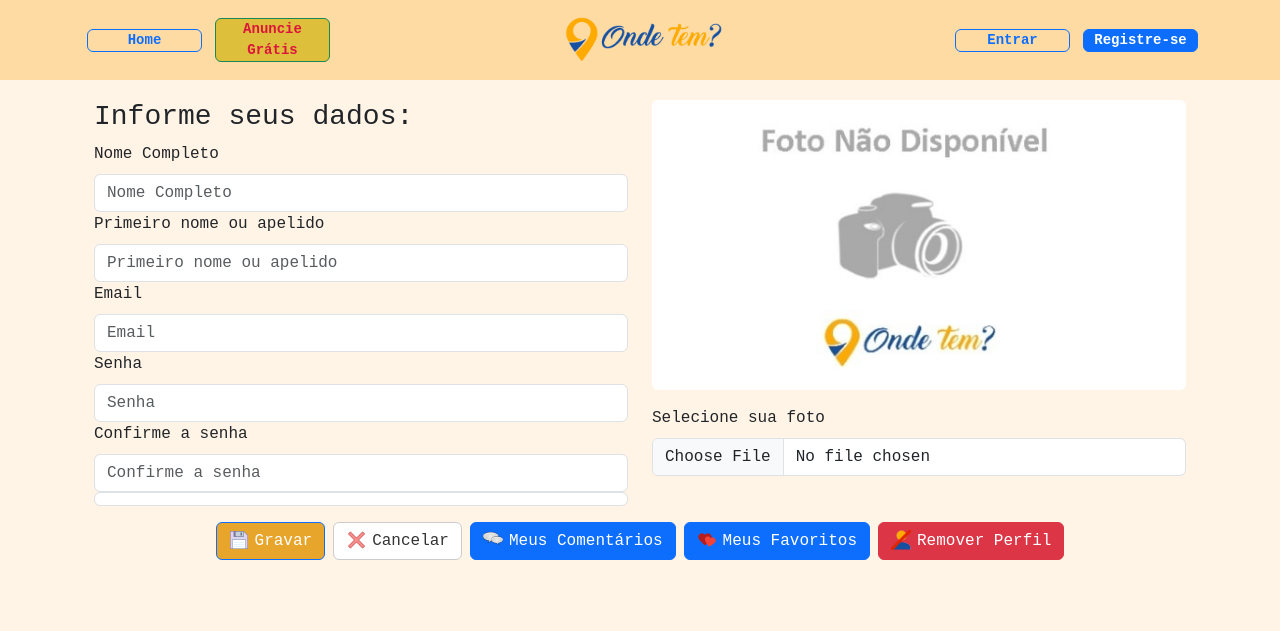
Repository: pepetata/ondetem
Page: /signup (app in frontend/)
These files come from the project's save history. The page is drawn as it stood at one moment and after the next save; the edit follows.
The browser window is 1280 px wide. The pictures show the whole page.
The project was rebuilt for these pictures with package versions that can differ from the ones it lists, and the page was loaded fresh each time. Also part of the build but not shown: frontend/vite.config.js.

Above is the page before, as saved 2025-06-14 06:22:29.

### frontend/src/main.jsx
import ReactDOM from "react-dom/client";
import { BrowserRouter as Router } from "react-router-dom";
import { Provider } from "react-redux";
// import store from "./reducers/store";
import App from "./App";
import "bootstrap/dist/css/bootstrap.min.css";
// import "./App.css";

ReactDOM.createRoot(document.getElementById("root")).render(
  // <Provider store={store}>
  // <Provider>
  <Router>
    <App />
  </Router>
  // </Provider>
);

### frontend/src/App.jsx
import { useState } from "react";
import { Routes, Route } from "react-router-dom";
import "./css/App.scss";
import Menu from "./components/Menu";
import UserForm from "./components/UserForm";
import Home from "./components/Home";

const App = () => {
  const [showUserForm, setShowUserForm] = useState(false);

  // Adjust this value to match your navbar height
  const navbarHeight = 100;

  return (
    <>
      <Menu
        onSignup={() => setShowUserForm(true)}
        setShowUserForm={setShowUserForm}
        showUserForm={showUserForm}
      />
      <div className="main-content" style={{ marginTop: navbarHeight }}>
        {/* {showUserForm && <UserForm onCancel={() => setShowUserForm(false)} />} */}
        <Routes>
          <Route path="/" element={<Home />} />
          <Route
            path="/signup"
            element={
              <div className="container">
                <UserForm
                  onCancel={() => setShowUserForm(false)}
                  setShowUserForm={setShowUserForm}
                />
                <Home />
              </div>
            }
          />
        </Routes>
      </div>
    </>
  );
};

export default App;

### frontend/src/css/App.scss
@use "./_variables.scss" as *;

body {
  background: $bg-color !important;
  font-family: $body-font !important;
}

### frontend/src/components/Menu.jsx
import { Navbar, Nav, Button, Container } from "react-bootstrap";
import { Link, useNavigate } from "react-router-dom";
import "../css/Menu.scss";
import PropTypes from "prop-types";

const Menu = ({ setShowUserForm, showUserForm }) => {
  const navigate = useNavigate();

  const handleSignup = () => {
    setShowUserForm(true);
    navigate("/signup");
  };

  console.log(`showUserForm`, showUserForm);

  return (
    <Navbar
      expand="lg"
      fixed="top"
      className="py-2 navbar-bg-logo"
      // style={{ top: 64 }}
    >
      <Container className="navbar-content">
        {/* Left side buttons */}
        <Nav className="align-items-center d-none d-lg-flex">
          <Button
            as={Link}
            to="/"
            variant="outline-primary"
            className="me-2 menu-btn"
            onClick={() => setShowUserForm(false)}
          >
            Home
          </Button>
          <Button
            variant="outline-success"
            className="me-2 menu-btn bt-add-ad"
            // onClick={onNewAd}
          >
            Anuncie Grátis
          </Button>
        </Nav>

        {/* Logo */}
        <div className="navbar-center">
          <Link to="/" className="d-flex align-items-center">
            <img
              src="/images/logo.png"
              alt="Onde tem?"
              className="logo-img"
              height="48"
            />
          </Link>
        </div>
        <Navbar.Toggle
          aria-controls="main-navbar-nav"
          className="ms-2 d-lg-none navbar-toggle-custom"
        />

        {/* Right side buttons */}
        {!showUserForm && (
          <Nav className="align-items-center d-none d-lg-flex">
            <Button
              variant="outline-primary"
              className="me-2 menu-btn"
              // onClick={onLogin}
            >
              Entrar
            </Button>
            <Button
              variant="primary"
              onClick={handleSignup}
              className="menu-btn"
            >
              Registre-se
            </Button>
          </Nav>
        )}

        {/* Collapsible content for mobile */}
        <Navbar.Collapse id="main-navbar-nav" className="d-lg-none">
          <Nav className="flex-column align-items-center w-100">
            <Button
              as={Link}
              to="/"
              variant="outline-primary"
              className="my-2 menu-btn"
            >
              Home
            </Button>
            <Button
              variant="outline-success"
              className="my-2 menu-btn bt-add-ad"
              // onClick={onNewAd}
            >
              Anuncie Grátis
            </Button>
            <Button
              variant="outline-primary"
              className="my-2 menu-btn"
              // onClick={onLogin}
            >
              Entrar
            </Button>
            <Button
              variant="primary"
              onClick={handleSignup}
              className="my-2 menu-btn"
            >
              Registre-se
            </Button>
          </Nav>
        </Navbar.Collapse>
      </Container>
    </Navbar>
  );
};
Menu.propTypes = {
  showUserForm: PropTypes.any,
  setShowUserForm: PropTypes.any,
};

export default Menu;

### frontend/src/components/UserForm.jsx
import { Formik, Form as FormikForm, Field } from "formik";
import { Form, Row, Col, Image } from "react-bootstrap";
import { useNavigate } from "react-router-dom";
import { userFormFields } from "../formFields/userFormFields";
import OTButton from "./OTButton";
import FormInput from "./FormInput";
import { buildValidationSchema } from "./validationHelper";
import PropTypes from "prop-types";

const defaultImg = "/images/nophoto.jpg";

// Build initialValues from userFormFields
const initialValues = Object.fromEntries(
  Object.values(userFormFields).map((f) => [
    f.name,
    f.type === "checkbox" ? false : "",
  ])
);

// Helper to build Yup schema from userFormFields

const validationSchema = buildValidationSchema(userFormFields);

const UserForm = ({ onCancel, setShowUserForm }) => {
  const navigate = useNavigate();

  const handleCancel = () => {
    console.log(`canceling`);
    if (setShowUserForm) setShowUserForm(false);
    navigate("/");
  };

  const handleSubmit = (values, { setSubmitting }) => {
    console.log(`Submitting form with values:`, values);
    setSubmitting(false);
  };

  return (
    <div className="container">
      <Formik
        initialValues={initialValues}
        validationSchema={validationSchema}
        validateOnBlur={false}
        validateOnChange={false}
        onSubmit={handleSubmit}
      >
        {({
          setTouched,
          setFieldValue,
          values,
          handleSubmit,
          errors,
          touched,
        }) => {
          return (
            <FormikForm id="signup" onSubmit={handleSubmit}>
              <Row className="userData">
                <Col md={6}>
                  <h3>Informe seus dados:</h3>
                  {Object.values(userFormFields).map((field) => (
                    <Field name={field.name} key={field.name}>
                      {({ field: formikField, form }) => (
                        <FormInput
                          field={formikField}
                          form={form}
                          label={field.label}
                          type={field.type}
                          placeholder={field.placeholder}
                          maxLength={field.maxLength}
                          required={field.required}
                        />
                      )}
                    </Field>
                  ))}
                  {/* <Form.Group>
                    <Field
                      name="useragreement"
                      type="checkbox"
                      as={Form.Check}
                      label={
                        <>
                          Li e concordo com os termos do{" "}
                          <a
                            href="#"
                            onClick={() =>
                              window.$("#agreementModal").modal("show")
                            }
                          >
                            Acordo de Usuários
                          </a>
                        </>
                      }
                    />
                  </Form.Group> */}
                </Col>
                <Col md={6}>
                  <div id="image_preview">
                    <Image id="previewing" src={defaultImg} rounded fluid />
                  </div>
                  <div id="selectImage" className="mt-3">
                    <Form.Label>Selecione sua foto</Form.Label>
                    <Form.Control
                      type="file"
                      name="photo"
                      accept="image/*"
                      onChange={(e) =>
                        setFieldValue("photo", e.target.files[0])
                      }
                    />
                  </div>
                </Col>
              </Row>
              <div className="d-flex flex-wrap gap-2 mt-3 justify-content-center">
                <OTButton
                  type="submit"
                  className="savebutton"
                  imgSrc="/images/save.png"
                  imgAlt="Gravar"
                >
                  Gravar
                </OTButton>
                <OTButton
                  className="cancelbutton"
                  imgSrc="/images/cancel.png"
                  imgAlt="Cancelar"
                  onClick={handleCancel}
                >
                  Cancelar
                </OTButton>
                <OTButton
                  imgSrc="/images/comments.png"
                  imgAlt="Meus Comentários"
                >
                  Meus Comentários
                </OTButton>
                <OTButton
                  imgSrc="/images/twohearts.png"
                  imgAlt="Meus Favoritos"
                >
                  Meus Favoritos
                </OTButton>
                <OTButton
                  className="btn-danger"
                  imgSrc="/images/userRemove.png"
                  imgAlt="Remover Perfil"
                >
                  Remover Perfil
                </OTButton>
              </div>
            </FormikForm>
          );
        }}
      </Formik>
    </div>
  );
};
UserForm.propTypes = {
  onCancel: PropTypes.func,
  setShowUserForm: PropTypes.func,
};

export default UserForm;

### frontend/src/components/Home.jsx
const Home = () => {
  <div></div>;
};
export default Home;

### frontend/src/css/_variables.scss
$bg-color: #fff4e5;
$logoO: #ffaa00;
$logoB: #1650a1;
$textLabel: #0896ff;
$header-color: #ffd699;
$footer-color: #ffd699;
$body-font: "Inconsolata", monospace;

### frontend/src/css/Menu.scss
@use "./_variables.scss" as *;

.logo-bar {
  background: $header-color !important;
  width: 100%;
  display: flex;
  justify-content: center;
  align-items: center;
  background: #fff;
  z-index: 1051;
  position: fixed;
  top: 0;
  left: 0;
  height: 64px;
  // border-bottom: 1px solid #eee;
}

// .navbar {
//   background: $header-color !important;
// }
.navbar-bg-logo {
  background: rgba(255, 214, 153, 0.85) !important;
  min-height: 80px;
  padding-top: 12px;
  padding-bottom: 12px;
}

.navbar-content {
  display: flex;
  align-items: center;
  justify-content: space-between;
  width: 100%;
}

.navbar-center {
  flex: 1 1 0;
  display: flex;
  align-items: center;
  justify-content: center;
  min-width: 0;
  margin: 0;
}

.logo-img {
  max-height: 48px;
}

.logo-img {
  max-height: 48px;
}

.menu-btn {
  width: 115px; //!important;
  // height: 24px !important;
  padding: 0 !important;
  font-size: 14px !important;
  display: flex !important;
  align-items: center !important;
  justify-content: center !important;
  margin-bottom: 5px !important;
  margin-left: 5px !important;
  margin-top: 5px !important;
  // padding-top: 8px !important;
  // padding-bottom: 8px !important;
  // padding-left: 15px !important;
  font-weight: bold !important;
}

.bt-add-ad {
  background-color: #ddbf3c !important;
  color: crimson !important;
}

@media (max-width: 991.98px) {
  .navbar-toggle-custom {
    position: absolute;
    right: 24px;
    top: 50%;
    transform: translateY(-50%);
    z-index: 1052; // above the menu
  }
  .navbar-center {
    position: relative;
    width: 100%;
    justify-content: flex-start;
  }
}

@media (min-width: 992px) {
  .navbar .navbar-collapse.d-lg-none {
    display: none !important;
  }
}

@media (max-width: 991.98px) {
  .logo-img {
    max-height: 36px;
  }
}

### frontend/src/formfields/userFormFields.js
export const userFormFields = {
  fullName: {
    label: "Nome Completo",
    type: "text",
    name: "fullName",
    maxLength: 100,
    minLength: 3,
    required: true,
    placeholder: "Nome Completo",
    requiredError: "Obrigatório",
  },
  nickname: {
    label: "Primeiro nome ou apelido",
    type: "text",
    name: "nickname",
    required: true,
    placeholder: "Primeiro nome ou apelido",
    requiredError: "Obrigatório",
  },

  email: {
    label: "Email",
    type: "email",
    name: "email",
    required: true,
    placeholder: "Email",
    requiredError: "Obrigatório",
    emailError: "Email inválido",
  },
  password: {
    label: "Senha",
    type: "password",
    name: "password",
    required: true,
    placeholder: "Senha",
  },
  confirmpassword: {
    label: "Confirme a senha",
    type: "password",
    name: "confirmpassword",
    required: true,
    placeholder: "Confirme a senha",
    requiredError: "Obrigatório",
    passwordError: "Senhas não coincidem",
  },
  useragreement: {
    label: "",
    type: "checkbox",
    name: "useragreement",
    required: true,
    requiredError: "Obrigatório",
  },
};

### frontend/src/components/OTButton.jsx
import { Button } from "react-bootstrap";
import PropTypes from "prop-types";
import "../css/OTButton.scss";

const OTButton = ({
  variant,
  className,
  onClick,
  imgSrc,
  imgAlt,
  type,
  children,
}) => (
  <Button
    variant={variant}
    className={`otbutton ${className || ""}`}
    onClick={onClick}
    type={type || "button"}
  >
    {imgSrc && (
      <img
        src={imgSrc}
        alt={imgAlt || ""}
        style={{
          height: 20,
          width: 20,
          marginRight: 6,
          verticalAlign: "middle",
        }}
      />
    )}
    {children}
  </Button>
);

OTButton.propTypes = {
  variant: PropTypes.string,
  className: PropTypes.string,
  onClick: PropTypes.func,
  imgSrc: PropTypes.string,
  imgAlt: PropTypes.string,
  children: PropTypes.node,
};

export default OTButton;

### frontend/src/components/FormInput.jsx
import PropTypes from "prop-types";
import { Form } from "react-bootstrap";

const FormInput = ({
  field,
  form,
  label,
  type,
  placeholder,
  maxLength,
  required,
}) => {
  const { name, value, onChange, onBlur } = field;
  const { touched, errors } = form;
  const metaError = touched[name] && errors[name];

  return (
    <Form.Group>
      {label && <Form.Label>{label}</Form.Label>}
      <Form.Control
        name={name}
        value={value}
        onChange={onChange}
        onBlur={onBlur}
        type={type}
        placeholder={placeholder}
        maxLength={maxLength}
        // required={required} // -> leave it to YUP
        isInvalid={!!metaError}
      />
      <Form.Control.Feedback type="invalid">{metaError}</Form.Control.Feedback>
    </Form.Group>
  );
};

FormInput.propTypes = {
  field: PropTypes.object.isRequired,
  form: PropTypes.object.isRequired,
  label: PropTypes.string,
  type: PropTypes.string,
  placeholder: PropTypes.string,
  maxLength: PropTypes.number,
  required: PropTypes.bool,
};

export default FormInput;

### frontend/src/components/validationHelper.js
import * as Yup from "yup";

export const buildValidationSchema = (fields) => {
  const shape = {};

  Object.values(fields).forEach((field) => {
    let validator;

    if (field.type === "checkbox") {
      validator = Yup.boolean();
      if (field.required) {
        validator = validator.oneOf(
          [true],
          field.requiredError || "Obrigatório"
        );
      }
    } else if (field.type === "email") {
      validator = Yup.string().email(field.emailError || "Email inválido");
      if (field.required) {
        validator = validator.required(field.requiredError || "Obrigatório");
      }
    } else {
      validator = Yup.string();
      if (field.required) {
        validator = validator.required(field.requiredError || "Obrigatório");
      }
      if (field.name === "confirmpassword") {
        validator = validator.oneOf(
          [Yup.ref("password"), null],
          field.passwordError || "Senhas não coincidem"
        );
      }
    }

    shape[field.name] = validator;
  });

  return Yup.object().shape(shape);
};

### frontend/src/css/OTButton.scss
.otbutton {
  img {
    height: 20px;
    width: 20px;
  }
  font-size: 14px;
  padding: 3px;
}

.savebutton {
  /* font-weight: bold; */
  background-color: #e8a52b !important;
}

.cancelbutton {
  background-color: #fff !important;
  color: #333 !important;
  border: 1px solid #ccc !important;
}

### frontend/src/formFields/userFormFields.jsx
export const userFormFields = {
  fullName: {
    label: "Nome Completo",
    type: "text",
    name: "fullName",
    maxLength: 100,
    required: true,
    placeholder: "Nome Completo",
    requiredError: "Obrigatório",
  },
  nickname: {
    label: "Primeiro nome ou apelido",
    type: "text",
    name: "nickname",
    required: true,
    placeholder: "Primeiro nome ou apelido",
    requiredError: "Obrigatório",
  },

  email: {
    label: "Email",
    type: "email",
    name: "email",
    required: true,
    placeholder: "Email",
    requiredError: "Obrigatório",
    emailError: "Email inválido",
  },
  password: {
    label: "Senha",
    type: "password",
    name: "password",
    required: true,
    placeholder: "Senha",
  },
  confirmpassword: {
    label: "Confirme a senha",
    type: "password",
    name: "confirmpassword",
    required: true,
    placeholder: "Confirme a senha",
    requiredError: "Obrigatório",
    passwordError: "Senhas não coincidem",
  },
  useragreement: {
    label: (
      <>
        Li e concordo com os termos do{" "}
        <a href="#" onClick={() => window.$("#agreementModal").modal("show")}>
          Acordo de Usuários
        </a>
      </>
    ),
    type: "checkbox",
    name: "useragreement",
    required: true,
    requiredError: "Obrigatório",
  },
};

Loaded but not shown: frontend/index.html (common file)

After the next save:
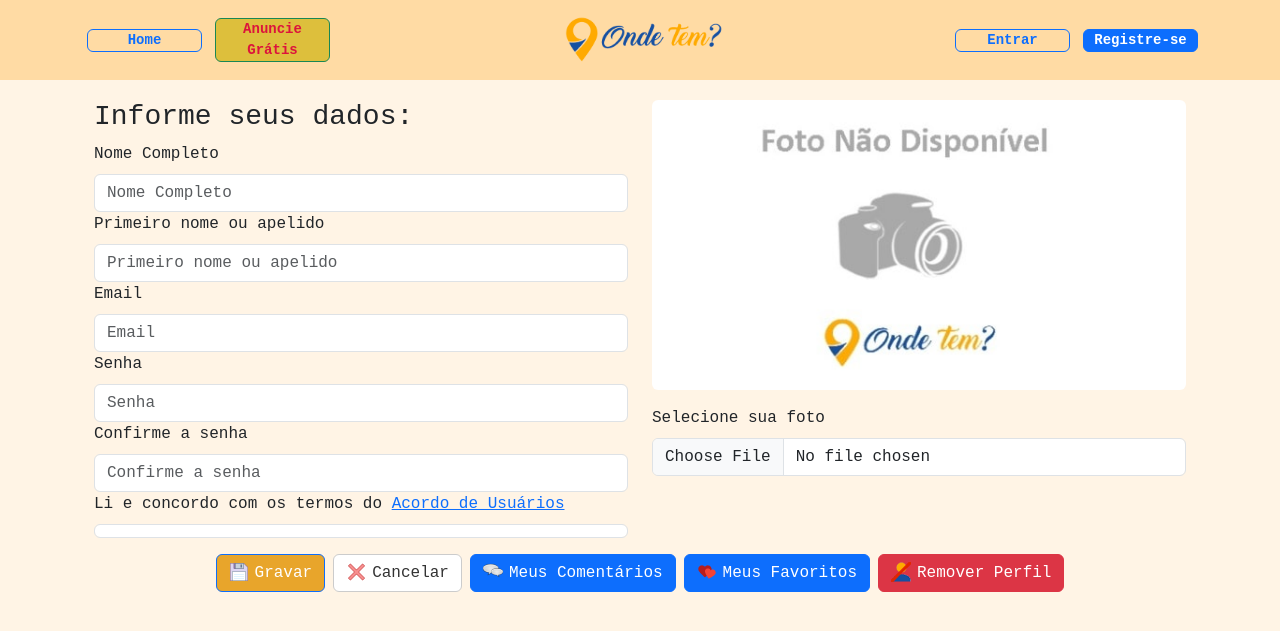
Saved 3 min 22 s later.
--- a/frontend/src/components/UserForm.jsx
+++ b/frontend/src/components/UserForm.jsx
@@ -1,7 +1,7 @@
 import { Formik, Form as FormikForm, Field } from "formik";
 import { Form, Row, Col, Image } from "react-bootstrap";
 import { useNavigate } from "react-router-dom";
-import { userFormFields } from "../formFields/userFormFields";
+import { userFormFields } from "../formFields/userFormFields.jsx";
 import OTButton from "./OTButton";
 import FormInput from "./FormInput";
 import { buildValidationSchema } from "./validationHelper";
